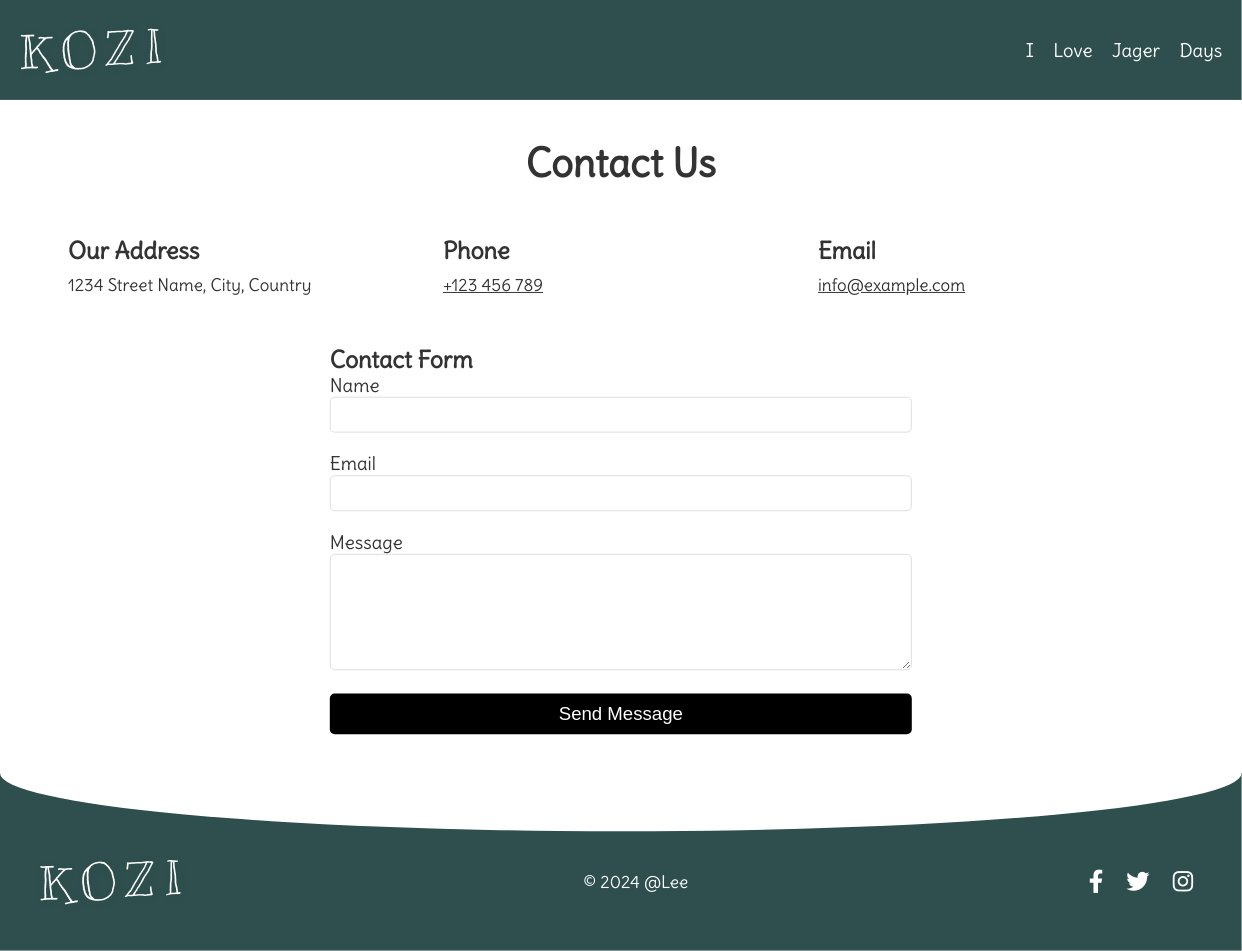
Repository: leerichie/kozi
Page: index.html
The author's editor kept a copy of each file at every save. The page is drawn from the files as they stood at one save, then again after the next save.
The browser window is 1280 px wide. The pictures show the whole page, at 97% of full size.

Above is the page before, as saved 2024-10-24 19:54:35.

### index.html
<!DOCTYPE html>
<html lang="en">

<head>
    <meta charset="UTF-8">
    <meta name="viewport" content="width=device-width, initial-scale=1.0">
    <meta http-equiv="X-UA-Compatible" content="IE=edge">
    <link rel="stylesheet" href="css/styles.css">
    <link rel="stylesheet" href="https://cdnjs.cloudflare.com/ajax/libs/font-awesome/6.0.0-beta3/css/all.min.css">

    <title>Contact Form</title>
</head>

<body>
    <!-- Navbar -->
    <header class="navbar">
        <div class="logo">
            <!-- <a href="#"><img src="img/logo.png" alt="Logo"></a> -->
            <h1 class="logo-text">Kozi</h1>

        </div>
        <nav>
            <ul class="nav-links">
                <li><a href="#">I</a></li>
                <li><a href="#">Love</a></li>
                <li><a href="#">Jager</a></li>
                <li><a href="#">Days</a></li>
            </ul>
            <div class="hamburger">
                <span class="bar"></span>
                <span class="bar"></span>
                <span class="bar"></span>
            </div>
        </nav>
    </header>

    <!-- Sidebar (hidden by default) -->
    <div class="sidebar">
        <ul class="sidebar-links">
            <li><a href="#">I</a></li>
            <li><a href="#">Love</a></li>
            <li><a href="#">Guiness</a></li>
            <li><a href="#">Days</a></li>
            <li><a href="#">Toooo</a></li>

        </ul>
    </div>

    <!-- Contact Section -->
    <div class="container">
        <div class="contact-header">
            <h1>Contact Us</h1>
        </div>
        <div class="contact-info">
            <div class="address">
                <h2>Our Address</h2>
                <p>1234 Street Name, City, Country</p>
            </div>
            <div class="phone">
                <h2>Phone</h2>
                <p><a href="tel:+123456789">+123 456 789</a></p>
            </div>
            <div class="email">
                <h2>Email</h2>
                <p><a href="mailto:info@example.com">info@example.com</a></p>
            </div>
        </div>

        <div class="form-container">
            <h2>Contact Form</h2>
            <form action="#" method="POST" class="contact-form">
                <div class="form-group">
                    <label for="name">Name</label>
                    <input type="text" id="name" name="name" required>
                </div>
                <div class="form-group">
                    <label for="email">Email</label>
                    <input type="email" id="email" name="email" required>
                </div>
                <div class="form-group">
                    <label for="message">Message</label>
                    <textarea id="message" name="message" required></textarea>
                </div>
                <button type="submit" class="submit-btn">Send Message</button>
            </form>
        </div>
    </div>

    <!-- Footer -->
    <footer class="footer">
        <div class="footer-shape"></div>
        <div class="footer-container">
            <div class="footer-logo">
                <h1 class="logo-text">Kozi</h1>
            </div>
            <div class="footer-text">
                <p>&copy; 2024 @Lee</p>
            </div>
            <div class="footer-social">
                <a href="/" target="_blank"><i class="fab fa-facebook-f"></i></a>
                <a href="/" target="_blank"><i class="fab fa-twitter"></i></a>
                <a href="/" target="_blank"><i class="fab fa-instagram"></i></a>
            </div>
        </div>
    </footer>


    <script src="js/script.js"></script>
</body>

</html>

### css/styles.css
@font-face {
  font-family: "Delius";
  src: url("/fonts/Delius-Regular.ttf") format("truetype");
  font-weight: normal;
  font-style: normal;
}

@font-face {
  font-family: "Merriweather";
  src: url("/fonts/Kranky-Regular.ttf") format("truetype");
  font-weight: bold;
  font-style: normal;
}

@font-face {
  font-family: "Lora";
  src: url("/fonts/LeckerliOne-Regular.ttf") format("truetype");
  font-weight: normal;
  font-style: italic;
}

* {
  margin: 0;
  padding: 0;
  box-sizing: border-box;
}

body {
  font-family: "Delius", sans-serif;
  background-color: #fff;
  color: #333;
}

.logo {
  text-align: center;
}

.logo-text {
  font-family: "Merriweather", serif;
  font-size: 50px;
  letter-spacing: 10px;
  font-weight: bold;
  text-transform: uppercase;
  color: white;
  text-shadow: 2px 2px 10px rgba(0, 0, 0, 0.1);
  transform: rotate(-2deg);
}

/* Nav */
.navbar {
  display: flex;
  justify-content: space-between;
  align-items: center;
  padding: 20px;
  background-color: darkslategray;
  color: #fff;
  position: relative;
  z-index: 1000;
}

.navbar .logo img {
  width: 150px;
}

.navbar nav {
  display: flex;
  align-items: center;
}

.nav-links {
  display: flex;
  list-style: none;
}

.nav-links li {
  margin-left: 20px;
}

.nav-links a {
  text-decoration: none;
  color: #fff;
  font-size: 1.2rem;
  transition: color 0.3s ease;
}

.nav-links a:hover {
  color: #f4a261;
}

/* Hamburger animate - mob */
.hamburger {
  display: none;
  flex-direction: column;
  cursor: pointer;
  transition: all 0.3s ease;
  z-index: 1001;
}

.hamburger .bar {
  width: 25px;
  height: 3px;
  background-color: white;
  margin: 4px 0;
  transition: all 0.3s ease;
  z-index: 1001;
}

.hamburger.active .bar:nth-child(1) {
  transform: rotate(45deg) translate(0, 0);
  width: 20px;
}

.hamburger.active .bar:nth-child(2) {
  opacity: 0;
}

.hamburger.active .bar:nth-child(3) {
  transform: rotate(-45deg) translate(0, 0);
  width: 20px;
}

.hamburger.active .bar {
  height: 4px;
}

/* Sidebar */
.sidebar {
  position: fixed;
  top: 0;
  right: -250px;
  width: 250px;
  height: 100%;
  background-color: darkslategray;
  color: #fff;
  transition: 0.3s;
  padding-top: 60px;
  z-index: 999;
}

.sidebar.active {
  right: 0;
}

.sidebar-links {
  list-style: none;
  padding: 50px 0;
  text-align: center;
}

.sidebar-links li {
  margin: 20px 0;
}

.sidebar-links a {
  text-decoration: none;
  color: #fff;
  font-size: 1.5rem;
  transition: color 0.3s ease;
}

.sidebar-links a:hover {
  color: #f4a261;
}

/* Contact Section */
.container {
  max-width: 1200px;
  margin: 0 auto;
  padding: 40px 20px;
}

.contact-header h1 {
  text-align: center;
  font-size: 2.5rem;
  margin-bottom: 40px;
}

.contact-info {
  display: flex;
  justify-content: space-between;
  flex-wrap: wrap;
  margin-bottom: 40px;
}

.contact-info div {
  flex: 1;
  min-width: 250px;
  margin: 10px;
}

.contact-info h2 {
  font-size: 1.5rem;
  margin-bottom: 10px;
}

.contact-info p,
.contact-info a {
  font-size: 1.1rem;
  color: #333;
}

.form-container {
  max-width: 600px;
  margin: 0 auto;
}

.contact-form {
  display: flex;
  flex-direction: column;
}

.form-group {
  margin-bottom: 20px;
}

.form-group label {
  margin-bottom: 10px;
  font-size: 1.2rem;
}

.form-group input,
.form-group textarea {
  width: 100%;
  padding: 10px;
  border: 1px solid #ddd;
  border-radius: 5px;
}

textarea {
  height: 120px;
}

.submit-btn {
  padding: 10px 20px;
  background-color: #000;
  color: #fff;
  border: none;
  border-radius: 5px;
  font-size: 1.2rem;
  cursor: pointer;
}

.submit-btn:hover {
  background-color: #f4a261;
}

/* Footer Styling */
.footer {
  position: relative;
  background-color: darkslategray;
  color: white;
  text-align: center;
  padding: 80px 20px 40px;
  overflow: hidden;
}

.footer-shape {
  position: absolute;
  top: -60px;
  left: 0;
  width: 100%;
  height: 120px;
  background-color: #fff;
  border-radius: 0 0 100% 100%;
  z-index: 0;
}

.footer-container {
  position: relative;
  z-index: 1;
  display: flex;
  justify-content: space-between;
  align-items: center;
  max-width: 1200px;
  margin: 0 auto;
  flex-wrap: wrap;
}

.footer-logo img {
  width: 100px;
}

.footer-text p {
  font-size: 1.1rem;
  margin: 0;
}

.footer-social a {
  margin: 0 10px;
  color: white;
  font-size: 1.5rem;
  transition: color 0.3s ease;
}

.footer-social a:hover {
  color: #f4a261;
}

.footer-social img {
  width: 25px;
  filter: invert(100%);
}

/* Mob */
@media (max-width: 768px) {
  .hamburger {
    display: flex;
  }

  .nav-links {
    display: none;
  }

  .footer-container {
    flex-direction: row;
    justify-content: space-between;
  }

  .footer-logo {
    flex-grow: 1;
    text-align: center;
  }

  .footer-text {
    text-align: left;
  }

  .footer-social {
    text-align: right;
  }

  .logo-text {
    font-size: 40px;
    letter-spacing: 2px;
  }
}

### js/script.js
const hamburger = document.querySelector('.hamburger');
const sidebar = document.querySelector('.sidebar');

hamburger.addEventListener('click', () => {
    sidebar.classList.toggle('active');
    hamburger.classList.toggle('active');
});

window.addEventListener('scroll', () => {
    sidebar.classList.remove('active');
    hamburger.classList.remove('active');
});

After the next save:
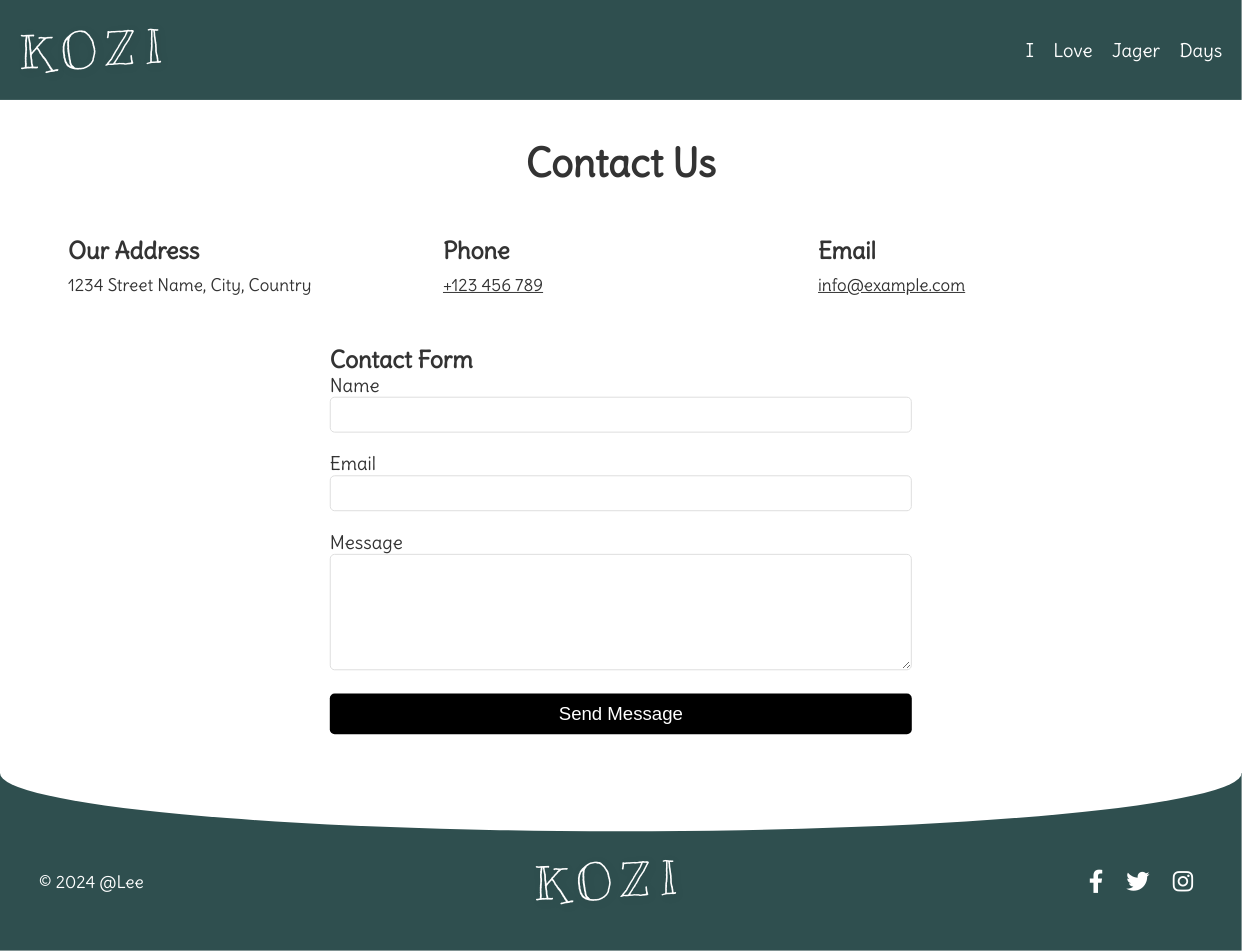
Saved 59 s later.
--- a/index.html
+++ b/index.html
@@ -90,11 +90,12 @@
     <footer class="footer">
         <div class="footer-shape"></div>
         <div class="footer-container">
+
+            <div class="footer-text">
+                <p>&copy; 2024 @Lee</p>
+            </div>
             <div class="footer-logo">
                 <h1 class="logo-text">Kozi</h1>
-            </div>
-            <div class="footer-text">
-                <p>&copy; 2024 @Lee</p>
             </div>
             <div class="footer-social">
                 <a href="/" target="_blank"><i class="fab fa-facebook-f"></i></a>
